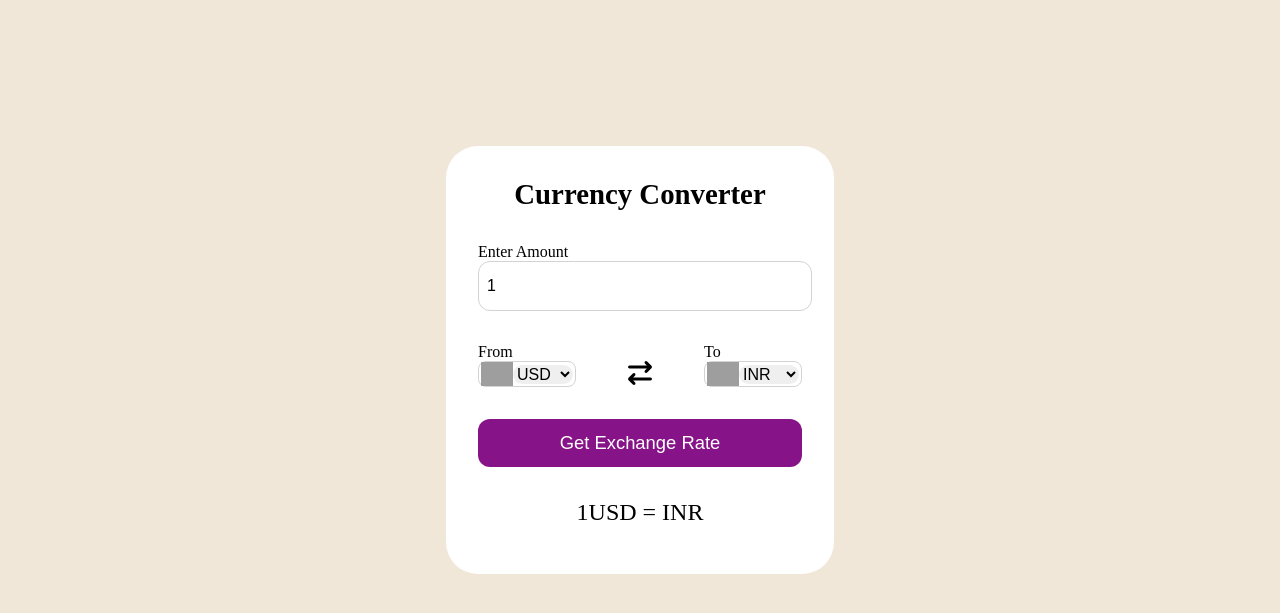
Repository: Saieebawake/Currency-Converter
Page: currconverter.html
These files come from the project's save history. The page is drawn as it stood at one moment and after the next save; the edit follows.
The browser window is 1280 px wide. The pictures show the whole page.
Pictures or frames that could not be fetched are drawn as grey boxes.

Above is the page before, as saved 2026-09-21 12:12:34.

After the next save:
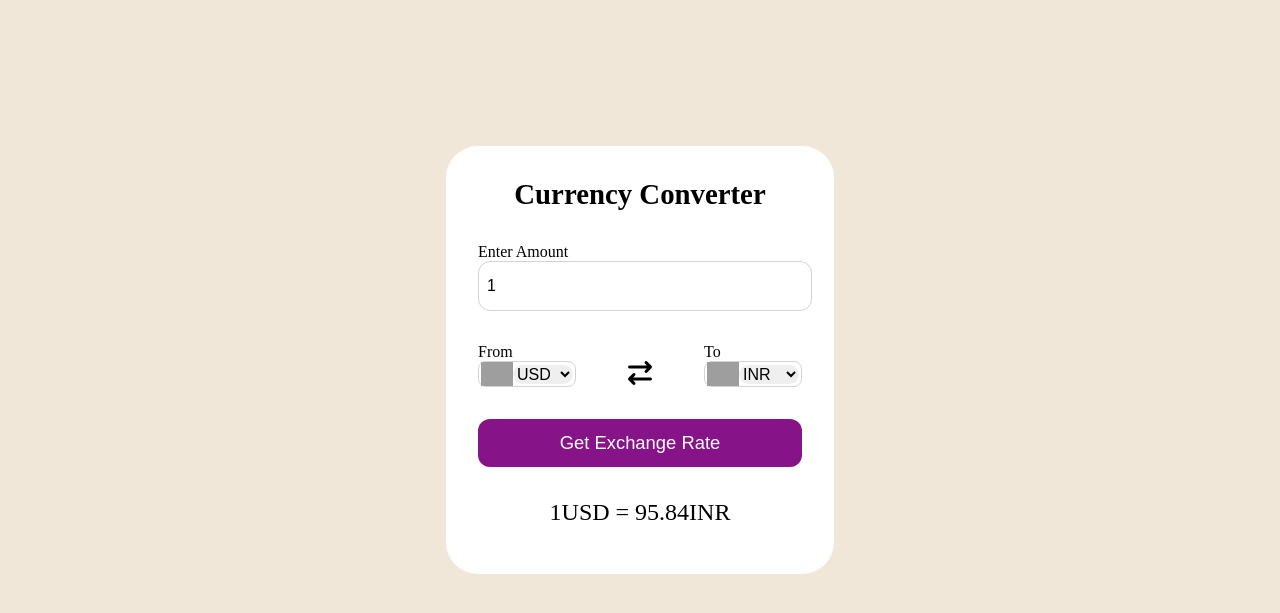
Saved 13 s later.
--- a/currconverter.html
+++ b/currconverter.html
@@ -37,7 +37,7 @@
                 </div>
             </div>
             <button>Get Exchange Rate</button>
-            <div class="msg">1USD = INR</div>
+            <div class="msg">1USD = 95.84INR</div>
         </form>
     </div>
     <script src="countrycodes.js"></script>

After the save that followed:
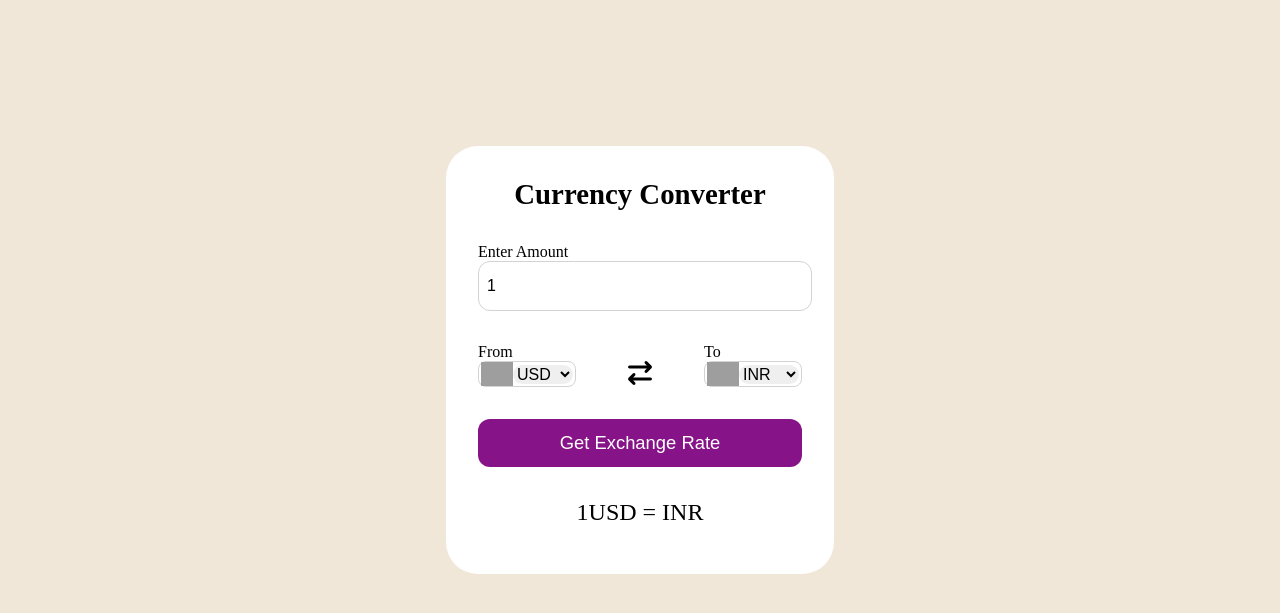
Saved 11 s later.
--- a/currconverter.html
+++ b/currconverter.html
@@ -37,7 +37,7 @@
                 </div>
             </div>
             <button>Get Exchange Rate</button>
-            <div class="msg">1USD = 95.84INR</div>
+            <div class="msg">1USD = INR</div>
         </form>
     </div>
     <script src="countrycodes.js"></script>
